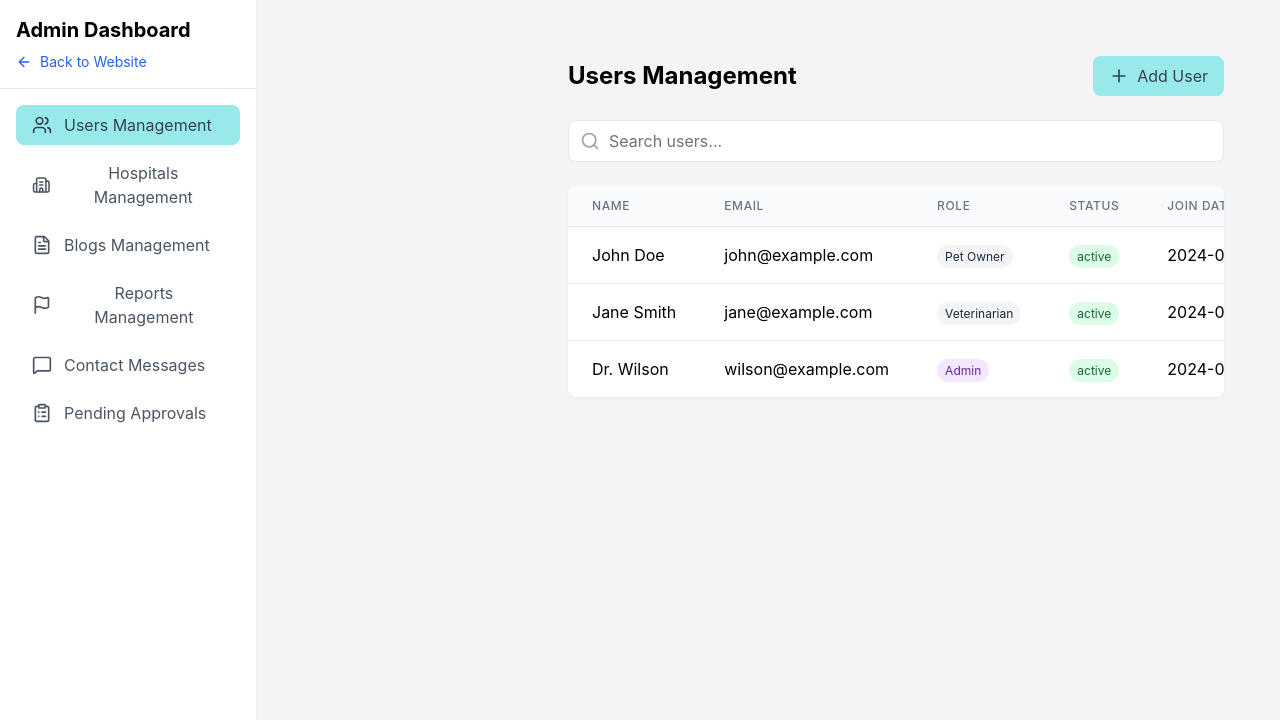
Repository: ZSayless/MyPetDoc
Page: /admin
These files come from the project's save history. The page is drawn as it stood at one moment and after the next save; the edit follows.
The browser window is 1280 px wide. The pictures show the whole page.
The project was rebuilt for these pictures with package versions that can differ from the ones it lists, and the page was loaded fresh each time. Also part of the build but not shown: vite.config.js, src/core/ButtonLink.js, src/components/register/SelectRoleModal.js, src/services/authService.js, src/components/register/Register.js, src/core/Overlay.js, src/components/login/Login.js, src/components/layout/Header.js and 40 more.

Above is the page before, as saved 2025-01-15 22:33:09.

### src/index.js
import React from "react";
import ReactDOM from "react-dom/client";
import "./index.css";
import App from "./App";
import { BrowserRouter } from "react-router-dom";
import { Provider } from "react-redux";
import { store } from "./redux/store";

const root = ReactDOM.createRoot(document.getElementById("root"));
root.render(
  <React.StrictMode>
    <BrowserRouter>
      <Provider store={store}>
        <App />
      </Provider>
    </BrowserRouter>
  </React.StrictMode>
);

### src/index.css
@tailwind base;
@tailwind components;
@tailwind utilities;

/* Custom styles for form inputs */
[type="text"],
[type="email"],
[type="password"] {
  @apply border-gray-300 focus:border-blue-500 focus:ring-blue-500 rounded-md shadow-sm;
}

body {
  margin: 0;
  font-family: -apple-system, BlinkMacSystemFont, "Segoe UI", "Roboto", "Oxygen",
    "Ubuntu", "Cantarell", "Fira Sans", "Droid Sans", "Helvetica Neue",
    sans-serif;
  -webkit-font-smoothing: antialiased;
  -moz-osx-font-smoothing: grayscale;
}

code {
  font-family: source-code-pro, Menlo, Monaco, Consolas, "Courier New",
    monospace;
}

### src/redux/store.js
import { configureStore } from "@reduxjs/toolkit";
import communityReducer from "./slices/communitySlice";
import adminReducer from "./slices/adminSlice";

export const store = configureStore({
  reducer: {
    community: communityReducer,
    admin: adminReducer,
  },
});

### src/assets/css/style.css
@tailwind base;
@tailwind components;
@tailwind utilities;

body {
  margin: 0px;
  padding: 0px;
}

html {
  font-family: "Helvetica Neue", Helvetica, Arial, sans-serif;
}

/* Footer Styles */
footer {
  background-color: #1a1a1a !important;
}

.footer-logo {
  height: 40px;
  width: auto;
}

footer .social-icons a {
  color: #fff;
  background: rgba(255, 255, 255, 0.1);
  width: 35px;
  height: 35px;
  display: inline-flex;
  align-items: center;
  justify-content: center;
  border-radius: 50%;
  transition: all 0.3s ease;
}

footer .social-icons a:hover {
  background: #6f42c1;
  transform: translateY(-3px);
}

footer .subscribe-form input {
  border: 1px solid rgba(255, 255, 255, 0.1);
  padding: 10px 15px;
}

footer .subscribe-form input:focus {
  box-shadow: none;
  border-color: #6f42c1;
}

footer .subscribe-form button {
  background: #6f42c1;
  border: none;
  padding: 10px 25px;
  width: 100%;
}

footer .subscribe-form button:hover {
  background: #5a32a3;
}

footer a.text-secondary:hover {
  color: #6f42c1 !important;
}

.hero-section {
  background-image: url("https://bizmap.dexignzone.com/react/demo/static/media/slide1.472de18a.jpg");
  background-size: cover;
  background-position: center;
  background-repeat: no-repeat;
}

.shadownHomeActive {
  color: #fff;
  box-shadow: 0 0 0 3px hsla(0, 0%, 100%, 0.2);
  background-color: rgb(147 51 234 / var(--tw-bg-opacity, 1));
}
.shadownHome:hover {
  border: none;
  box-shadow: 0 0 0 3px hsla(0, 0%, 100%, 0.2);
}
.btn__contact {
  background: hsla(0, 0%, 100%, 0.2);
  border: 1px solid hsla(0, 0%, 100%, 0.2);
}

.contact__card {
  border: 1px solid #e1e6eb;
  border-radius: 4px;
  box-shadow: 0 4px 6px 0 rgba(0, 0, 0, 0.05);
}
.contact__icon {
  box-shadow: 0 0 0 5px rgba(70, 17, 167, 0.1),
    0 0 0 10px rgba(70, 17, 167, 0.1);
}
.contact__form input {
  box-shadow: 0 4px 6px 0 rgba(0, 0, 0, 0.05);
}

.swiper-button-next::after,
.swiper-button-prev::after {
  display: none;
}

.swiper-button-disabled {
  opacity: 0.5;
  cursor: not-allowed;
}

.instagram__img:hover {
  opacity: 0.7;
  transition: all 0.5s;
  -webkit-transition: all 0.5s;
}
.border__category {
  border-bottom: 1px dashed #ecebf5;
}

### src/pages/admin/AdminDashboard.js
import { useState } from "react";
import AdminSidebar from "./AdminSidebar";
import UsersManagement from "./tabs/UsersManagement";
import HospitalsManagement from "./tabs/HospitalsManagement";
import BlogsManagement from "./tabs/BlogsManagement";
import ReportsManagement from "./tabs/ReportsManagement";
import ContactMessages from "./tabs/ContactMessages";
import PendingApprovals from "./tabs/PendingApprovals";
import { Menu } from "lucide-react";

function AdminDashboard() {
  const [activeTab, setActiveTab] = useState("users");
  const [isSidebarOpen, setIsSidebarOpen] = useState(false);

  const renderTab = () => {
    switch (activeTab) {
      case "users":
        return <UsersManagement />;
      case "hospitals":
        return <HospitalsManagement />;
      case "blogs":
        return <BlogsManagement />;
      case "reports":
        return <ReportsManagement />;
      case "messages":
        return <ContactMessages />;
      case "pending":
        return <PendingApprovals />;
      default:
        return <UsersManagement />;
    }
  };

  return (
    <div className="flex h-screen bg-gray-100">
      {/* Mobile Sidebar Toggle */}
      <button
        className="lg:hidden fixed top-4 left-4 z-50 p-2 bg-white rounded-lg shadow-md"
        onClick={() => setIsSidebarOpen(!isSidebarOpen)}
      >
        <Menu size={24} />
      </button>

      {/* Overlay for mobile */}
      {isSidebarOpen && (
        <div
          className="lg:hidden fixed inset-0 bg-black/50 z-40"
          onClick={() => setIsSidebarOpen(false)}
        />
      )}

      {/* Sidebar */}
      <div
        className={`fixed lg:static inset-y-0 left-0 z-50 transform ${
          isSidebarOpen ? "translate-x-0" : "-translate-x-full"
        } lg:translate-x-0 transition-transform duration-300 ease-in-out`}
      >
        <AdminSidebar
          activeTab={activeTab}
          setActiveTab={(tab) => {
            setActiveTab(tab);
            setIsSidebarOpen(false);
          }}
        />
      </div>

      {/* Main Content */}
      <main className="flex-1 overflow-auto p-4 lg:p-8 ml-0 lg:ml-64">
        {renderTab()}
      </main>
    </div>
  );
}

export default AdminDashboard;

### src/context/AuthContext.js
import React, { createContext, useContext, useState } from "react";

const AuthContext = createContext();

export function AuthProvider({ children }) {
  const [isAuthenticated, setIsAuthenticated] = useState(() => {
    const saved = localStorage.getItem("isAuthenticated");
    return saved === "true";
  });
  const [user, setUser] = useState(() => {
    const saved = localStorage.getItem("user");
    return saved ? JSON.parse(saved) : null;
  });

  const login = (userData) => {
    setIsAuthenticated(true);
    setUser(userData);
    localStorage.setItem("isAuthenticated", "true");
    localStorage.setItem("user", JSON.stringify(userData));
  };

  const logout = () => {
    setIsAuthenticated(false);
    setUser(null);
    localStorage.removeItem("isAuthenticated");
    localStorage.removeItem("user");
  };

  return (
    <AuthContext.Provider value={{ isAuthenticated, user, login, logout }}>
      {children}
    </AuthContext.Provider>
  );
}

export function useAuth() {
  const context = useContext(AuthContext);
  if (!context) {
    throw new Error("useAuth must be used within an AuthProvider");
  }
  return context;
}

### src/redux/slices/communitySlice.js
import { createSlice, createAsyncThunk } from "@reduxjs/toolkit";
import { communityService } from "../../services/communityService";

// Async thunks
export const fetchPosts = createAsyncThunk(
  "community/fetchPosts",
  async ({ page, limit }) => {
    const response = await communityService.getPosts(page, limit);
    return response.data;
  }
);

export const createPost = createAsyncThunk(
  "community/createPost",
  async (postData) => {
    const response = await communityService.createPost(postData);
    return response.data;
  }
);

// ... thêm các thunks khác

const communitySlice = createSlice({
  name: "community",
  initialState: {
    posts: [],
    currentPost: null,
    loading: false,
    error: null,
    page: 1,
    hasMore: true,
  },
  reducers: {
    setCurrentPost: (state, action) => {
      state.currentPost = action.payload;
    },
    clearError: (state) => {
      state.error = null;
    },
  },
  extraReducers: (builder) => {
    builder
      .addCase(fetchPosts.pending, (state) => {
        state.loading = true;
      })
      .addCase(fetchPosts.fulfilled, (state, action) => {
        state.loading = false;
        state.posts = action.payload.data;
        state.hasMore = action.payload.hasMore;
      })
      .addCase(fetchPosts.rejected, (state, action) => {
        state.loading = false;
        state.error = action.error.message;
      });
    // ... thêm các cases khác
  },
});

export const { setCurrentPost, clearError } = communitySlice.actions;
export default communitySlice.reducer;

### src/redux/slices/adminSlice.js
import { createSlice } from "@reduxjs/toolkit";
import {
  mockUsers,
  mockHospitals,
  mockBlogs,
  mockReports,
  mockMessages,
  mockPendingApprovals,
} from "../../data/mockData";

const initialState = {
  users: mockUsers || [],
  hospitals: mockHospitals || [],
  blogs: mockBlogs || [],
  reports: mockReports || [],
  messages: mockMessages || [],
  pendingApprovals:
    [
      {
        id: 1,
        type: "hospital_registration",
        name: "Pet Care Center",
        email: "petcare@example.com",
        status: "pending",
        submittedAt: "2024-03-15",
        details: {
          address: "123 Main St",
          phone: "0123456789",
          services: ["Vaccination", "Surgery", "Grooming"],
          workingHours: {
            weekdays: "8:00 AM - 8:00 PM",
            weekends: "9:00 AM - 6:00 PM",
          },
          images: ["url1", "url2", "url3"],
        },
      },
      // ... other pending approvals
    ] || [],
  loading: false,
  error: null,
};

const adminSlice = createSlice({
  name: "admin",
  initialState,
  reducers: {
    // Users
    addUser: (state, action) => {
      state.users.push(action.payload);
    },
    deleteUser: (state, action) => {
      state.users = state.users.filter((user) => user.id !== action.payload);
    },
    updateUserStatus: (state, action) => {
      const user = state.users.find((u) => u.id === action.payload.userId);
      if (user) {
        user.status = action.payload.status;
      }
    },

    // Hospitals
    approveHospital: (state, action) => {
      const hospital = state.hospitals.find((h) => h.id === action.payload);
      if (hospital) {
        hospital.status = "approved";
      }
    },
    rejectHospital: (state, action) => {
      const hospital = state.hospitals.find((h) => h.id === action.payload);
      if (hospital) {
        hospital.status = "rejected";
      }
    },
    deleteHospital: (state, action) => {
      state.hospitals = state.hospitals.filter((h) => h.id !== action.payload);
    },

    // Blogs
    deleteBlog: (state, action) => {
      state.blogs = state.blogs.filter((blog) => blog.id !== action.payload);
    },
    updateBlogStatus: (state, action) => {
      const blog = state.blogs.find((b) => b.id === action.payload.blogId);
      if (blog) {
        blog.status = action.payload.status;
      }
    },

    // Reports
    resolveReport: (state, action) => {
      const report = state.reports.find((r) => r.id === action.payload);
      if (report) {
        report.status = "resolved";
      }
    },
    dismissReport: (state, action) => {
      const report = state.reports.find((r) => r.id === action.payload);
      if (report) {
        report.status = "dismissed";
      }
    },

    // Messages
    deleteMessage: (state, action) => {
      state.messages = state.messages.filter((m) => m.id !== action.payload);
    },
    markMessageAsRead: (state, action) => {
      const message = state.messages.find((m) => m.id === action.payload);
      if (message) {
        message.status = "read";
      }
    },

    // Pending Approvals
    approvePending: (state, action) => {
      const item = state.pendingApprovals.find((i) => i.id === action.payload);
      if (item) {
        item.status = "approved";
      }
    },
    rejectPending: (state, action) => {
      const item = state.pendingApprovals.find((i) => i.id === action.payload);
      if (item) {
        item.status = "rejected";
      }
    },
    deletePending: (state, action) => {
      state.pendingApprovals = state.pendingApprovals.filter(
        (item) => item.id !== action.payload
      );
    },
  },
});

export const {
  addUser,
  deleteUser,
  updateUserStatus,
  approveHospital,
  rejectHospital,
  deleteHospital,
  deleteBlog,
  updateBlogStatus,
  resolveReport,
  dismissReport,
  deleteMessage,
  markMessageAsRead,
  approvePending,
  rejectPending,
  deletePending,
} = adminSlice.actions;

export default adminSlice.reducer;

### src/pages/admin/AdminSidebar.js
import { Link } from "react-router-dom";
import {
  Users,
  Building2,
  FileText,
  Flag,
  MessageSquare,
  ClipboardList,
  ArrowLeft
} from "lucide-react";

function AdminSidebar({ activeTab, setActiveTab }) {
  const tabs = [
    { id: "users", name: "Users Management", icon: Users },
    { id: "hospitals", name: "Hospitals Management", icon: Building2 },
    { id: "blogs", name: "Blogs Management", icon: FileText },
    { id: "reports", name: "Reports Management", icon: Flag },
    { id: "messages", name: "Contact Messages", icon: MessageSquare },
    { id: "pending", name: "Pending Approvals", icon: ClipboardList },
  ];

  return (
    <div className="w-64 h-full bg-white shadow-sm">
      {/* Header */}
      <div className="p-4 border-b">
        <div className="flex items-center justify-between">
          <h1 className="text-xl font-bold">Admin Dashboard</h1>
        </div>
        <Link
          to="/"
          className="flex items-center gap-2 text-sm text-blue-600 hover:text-blue-800 mt-2"
        >
          <ArrowLeft size={16} />
          Back to Website
        </Link>
      </div>

      {/* Navigation */}
      <nav className="p-4">
        <ul className="space-y-2">
          {tabs.map((tab) => {
            const Icon = tab.icon;
            return (
              <li key={tab.id}>
                <button
                  onClick={() => setActiveTab(tab.id)}
                  className={`w-full flex items-center gap-3 px-4 py-2 rounded-lg transition-colors ${
                    activeTab === tab.id
                      ? "bg-[#98E9E9] text-gray-700"
                      : "text-gray-600 hover:bg-gray-50"
                  }`}
                >
                  <Icon size={20} />
                  <span>{tab.name}</span>
                </button>
              </li>
            );
          })}
        </ul>
      </nav>
    </div>
  );
}

export default AdminSidebar;

### src/services/communityService.js
import axios from "axios";

const BASE_URL = process.env.REACT_APP_API_URL;

export const communityService = {
  // Posts
  getPosts: (page = 1, limit = 10) =>
    axios.get(`${BASE_URL}/posts?page=${page}&limit=${limit}`),

  getPostById: (postId) => axios.get(`${BASE_URL}/posts/${postId}`),

  createPost: (data) => axios.post(`${BASE_URL}/posts`, data),

  updatePost: (postId, data) => axios.put(`${BASE_URL}/posts/${postId}`, data),

  deletePost: (postId) => axios.delete(`${BASE_URL}/posts/${postId}`),

  // Comments
  getComments: (postId) => axios.get(`${BASE_URL}/posts/${postId}/comments`),

  addComment: (postId, data) =>
    axios.post(`${BASE_URL}/posts/${postId}/comments`, data),

  deleteComment: (commentId) =>
    axios.delete(`${BASE_URL}/comments/${commentId}`),

  // Likes
  likePost: (postId) => axios.post(`${BASE_URL}/posts/${postId}/like`),

  unlikePost: (postId) => axios.delete(`${BASE_URL}/posts/${postId}/like`),

  // Reports
  reportPost: (postId, reason) =>
    axios.post(`${BASE_URL}/posts/${postId}/report`, { reason }),
};

### src/data/mockData.js
export const mockUsers = [
  {
    id: 1,
    name: "John Doe",
    email: "john@example.com",
    role: "Pet Owner",
    status: "active",
    joinDate: "2024-03-15",
  },
  {
    id: 2,
    name: "Jane Smith",
    email: "jane@example.com",
    role: "Veterinarian",
    status: "active",
    joinDate: "2024-03-14",
  },
  {
    id: 3,
    name: "Dr. Wilson",
    email: "wilson@example.com",
    role: "Admin",
    status: "active",
    joinDate: "2024-03-10",
  },
];

export const mockHospitals = [
  {
    id: 1,
    name: "Pet Care Center",
    address: "123 Main St",
    phone: "0123456789",
    email: "petcare@example.com",
    status: "pending",
    rating: 4.5,
    joinDate: "2024-03-15",
  },
  {
    id: 2,
    name: "Animal Hospital",
    address: "456 Oak St",
    phone: "0987654321",
    email: "animalhospital@example.com",
    status: "approved",
    rating: 4.8,
    joinDate: "2024-03-10",
  },
];

export const mockBlogs = [
  {
    id: 1,
    title: "Essential Pet Vaccinations Guide",
    author: "Dr. John Smith",
    category: "Pet Health",
    content: "Detailed guide about pet vaccinations...",
    status: "published",
    views: 1234,
    publishDate: "2024-03-15",
  },
  {
    id: 2,
    title: "Common Pet Behavior Issues",
    author: "Dr. Sarah Johnson",
    category: "Pet Behavior",
    content: "Understanding pet behavior problems...",
    status: "draft",
    views: 0,
    publishDate: "-",
  },
];

export const mockReports = [
  {
    id: 1,
    type: "comment",
    content: "Inappropriate comment on blog post",
    reportedItem: "Comment on 'Pet Nutrition Guide'",
    reportedBy: "John Doe",
    reportedAt: "2024-03-15",
    status: "pending",
  },
  {
    id: 2,
    type: "review",
    content: "False review information",
    reportedItem: "Review for PetCare Hospital",
    reportedBy: "Jane Smith",
    reportedAt: "2024-03-14",
    status: "resolved",
  },
];

export const mockMessages = [
  {
    id: 1,
    name: "John Doe",
    email: "john@example.com",
    subject: "Question about services",
    message: "I have a question about your pet vaccination services...",
    status: "unread",
    createdAt: "2024-03-15",
  },
  {
    id: 2,
    name: "Jane Smith",
    email: "jane@example.com",
    subject: "Feedback",
    message: "I wanted to share my experience...",
    status: "read",
    createdAt: "2024-03-14",
  },
];

export const mockPendingApprovals = [
  {
    id: 1,
    type: "hospital",
    name: "Pet Care Center",
    email: "petcare@example.com",
    status: "pending",
    submittedAt: "2024-03-15",
    details: {
      address: "123 Main St",
      phone: "0123456789",
      license: "LICENSE123",
      services: ["Vaccination", "Surgery", "Grooming"],
    },
  },
  {
    id: 2,
    type: "veterinarian",
    name: "Dr. Sarah Wilson",
    email: "sarah.wilson@example.com",
    status: "pending",
    submittedAt: "2024-03-14",
    details: {
      license: "VET456",
      specialization: "Small Animals",
      experience: "5 years",
      certifications: ["ACVS", "ACVIM"],
    },
  },
];

### tailwind.config.js
/** @type {import('tailwindcss').Config} */
module.exports = {
  content: ["./src/**/*.{js,jsx,ts,tsx}"],
  theme: {
    extend: {},
  },
  plugins: [require("@tailwindcss/forms"), require("@tailwindcss/typography")],
};

Loaded but not shown: public/index.html (common file); src/components/common/ScrollToTop.js (common file); src/pages/admin/tabs/UsersManagement.js (359 lines, source omitted); src/App.js (239 lines, source omitted); src/components/blog/BlogDetail.js (empty); src/components/community/CommunityList.js (empty)

After the next save:
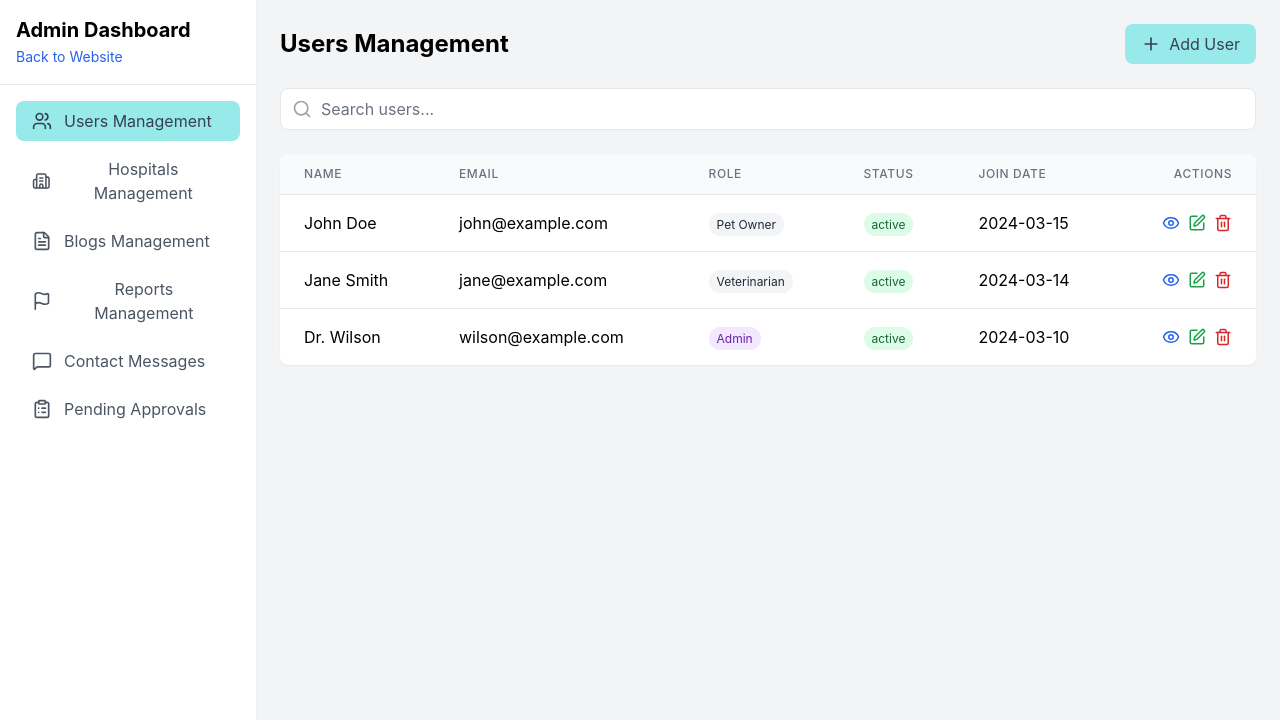
Saved 74 s later.
--- a/src/pages/admin/AdminDashboard.js
+++ b/src/pages/admin/AdminDashboard.js
@@ -6,11 +6,9 @@ import BlogsManagement from "./tabs/BlogsManagement";
 import ReportsManagement from "./tabs/ReportsManagement";
 import ContactMessages from "./tabs/ContactMessages";
 import PendingApprovals from "./tabs/PendingApprovals";
-import { Menu } from "lucide-react";
 
 function AdminDashboard() {
   const [activeTab, setActiveTab] = useState("users");
-  const [isSidebarOpen, setIsSidebarOpen] = useState(false);
 
   const renderTab = () => {
     switch (activeTab) {
@@ -33,41 +31,8 @@ function AdminDashboard() {
 
   return (
     <div className="flex h-screen bg-gray-100">
-      {/* Mobile Sidebar Toggle */}
-      <button
-        className="lg:hidden fixed top-4 left-4 z-50 p-2 bg-white rounded-lg shadow-md"
-        onClick={() => setIsSidebarOpen(!isSidebarOpen)}
-      >
-        <Menu size={24} />
-      </button>
-
-      {/* Overlay for mobile */}
-      {isSidebarOpen && (
-        <div
-          className="lg:hidden fixed inset-0 bg-black/50 z-40"
-          onClick={() => setIsSidebarOpen(false)}
-        />
-      )}
-
-      {/* Sidebar */}
-      <div
-        className={`fixed lg:static inset-y-0 left-0 z-50 transform ${
-          isSidebarOpen ? "translate-x-0" : "-translate-x-full"
-        } lg:translate-x-0 transition-transform duration-300 ease-in-out`}
-      >
-        <AdminSidebar
-          activeTab={activeTab}
-          setActiveTab={(tab) => {
-            setActiveTab(tab);
-            setIsSidebarOpen(false);
-          }}
-        />
-      </div>
-
-      {/* Main Content */}
-      <main className="flex-1 overflow-auto p-4 lg:p-8 ml-0 lg:ml-64">
-        {renderTab()}
-      </main>
+      <AdminSidebar activeTab={activeTab} setActiveTab={setActiveTab} />
+      <main className="flex-1 overflow-auto">{renderTab()}</main>
     </div>
   );
 }
--- a/src/pages/admin/AdminSidebar.js
+++ b/src/pages/admin/AdminSidebar.js
@@ -6,7 +6,6 @@ import {
   Flag,
   MessageSquare,
   ClipboardList,
-  ArrowLeft
 } from "lucide-react";
 
 function AdminSidebar({ activeTab, setActiveTab }) {
@@ -20,17 +19,11 @@ function AdminSidebar({ activeTab, setActiveTab }) {
   ];
 
   return (
-    <div className="w-64 h-full bg-white shadow-sm">
+    <div className="w-64 bg-white shadow-sm">
       {/* Header */}
       <div className="p-4 border-b">
-        <div className="flex items-center justify-between">
-          <h1 className="text-xl font-bold">Admin Dashboard</h1>
-        </div>
-        <Link
-          to="/"
-          className="flex items-center gap-2 text-sm text-blue-600 hover:text-blue-800 mt-2"
-        >
-          <ArrowLeft size={16} />
+        <h1 className="text-xl font-bold">Admin Dashboard</h1>
+        <Link to="/" className="text-sm text-blue-600 hover:text-blue-800">
           Back to Website
         </Link>
       </div>
